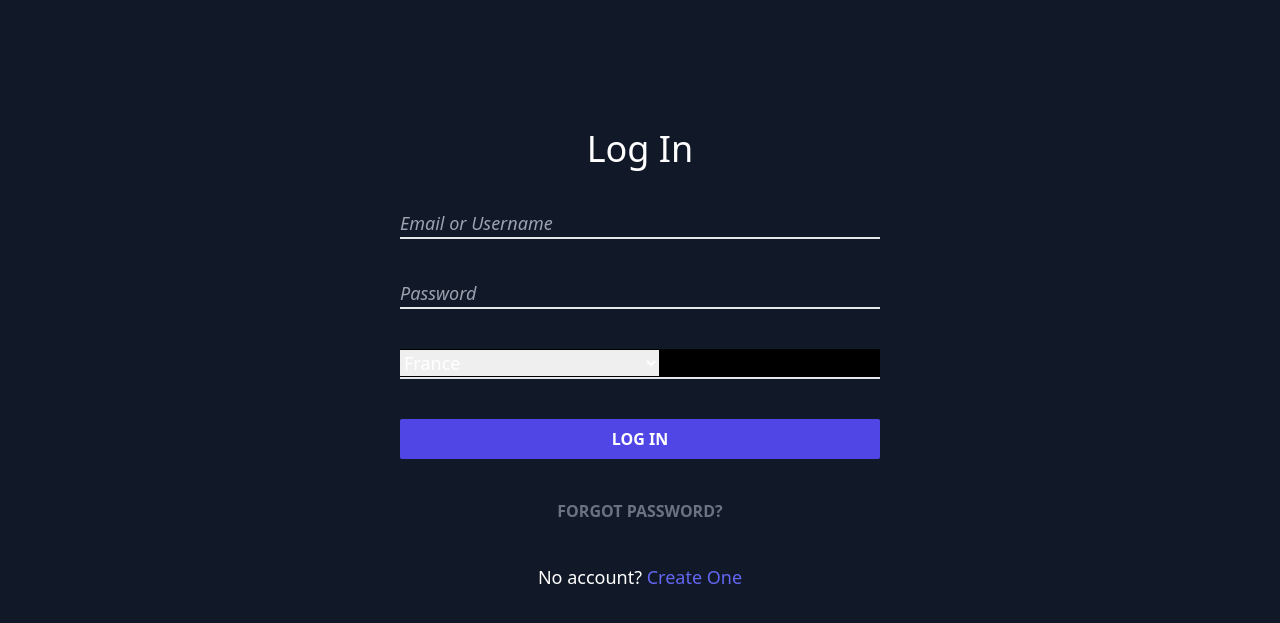
Repository: Marcos-MEDENOU/eclipse-workspace
Page: http://localhost/user_managment/ajout
An editor plug-in stored every save of this project. The page is shown before and after the next save, followed by the edit.
The browser window is 1280 px wide. The pictures show the whole page.
Some web libraries are served in a nearby version. The page is served by Tomcat 9. Other server files are loaded and not shown.

Above is the page before, as saved 2023-03-22 16:07:53.

### user_managment/src/main/webapp/WEB-INF/insertUser.jsp
<%@ page language="java" contentType="text/html; charset=ISO-8859-1"
    pageEncoding="ISO-8859-1"%>
<!DOCTYPE html>
<html>
<head>
<meta charset="ISO-8859-1">
<title>Insert title here</title>
</head>
<body>
<!-- page -->
<main
  class="mx-auto flex min-h-screen w-full items-center justify-center bg-gray-900 text-white"
>
  <!-- component -->
  <section class="flex w-[30rem] flex-col space-y-10">
    <div class="text-center text-4xl font-medium">Log In</div>

    <div
      class="w-full transform border-b-2 bg-transparent text-lg duration-300 focus-within:border-indigo-500"
    >
      <input
        type="text"
        placeholder="Email or Username"
        class="w-full border-none bg-transparent outline-none placeholder:italic focus:outline-none"
      />
    </div>

    <div
      class="w-full transform border-b-2 bg-transparent text-lg duration-300 focus-within:border-indigo-500"
    >
      <input
        type="password"
        placeholder="Password"
        class="w-full border-none bg-transparent outline-none placeholder:italic focus:outline-none"
      />
    </div>

 <div
      class="w-full transform border-b-2 bg-black text-lg duration-300 focus-within:border-indigo-500"
    >
      <select name="pays">
<option value="France" selected="selected" >France </option>

<option value="Afghanistan">Afghanistan </option>
<option value="Afrique_Centrale">Afrique_Centrale </option>
<option value="Afrique_du_sud">Afrique_du_Sud </option>
<option value="Albanie">Albanie </option>
<option value="Algerie">Algerie </option>
<option value="Allemagne">Allemagne </option>
<option value="Andorre">Andorre </option>
<option value="Angola">Angola </option>
<option value="Anguilla">Anguilla </option>
<option value="Arabie_Saoudite">Arabie_Saoudite </option>
<option value="Argentine">Argentine </option>
<option value="Armenie">Armenie </option>
<option value="Australie">Australie </option>
<option value="Autriche">Autriche </option>
<option value="Azerbaidjan">Azerbaidjan </option>

<option value="Bahamas">Bahamas </option>
<option value="Bangladesh">Bangladesh </option>
<option value="Barbade">Barbade </option>
<option value="Bahrein">Bahrein </option>
<option value="Belgique">Belgique </option>
<option value="Belize">Belize </option>
<option value="Benin">Benin </option>
<option value="Bermudes">Bermudes </option>
<option value="Bielorussie">Bielorussie </option>
<option value="Bolivie">Bolivie </option>
<option value="Botswana">Botswana </option>
<option value="Bhoutan">Bhoutan </option>
<option value="Boznie_Herzegovine">Boznie_Herzegovine </option>
<option value="Bresil">Bresil </option>
<option value="Brunei">Brunei </option>
<option value="Bulgarie">Bulgarie </option>
<option value="Burkina_Faso">Burkina_Faso </option>
<option value="Burundi">Burundi </option>

<option value="Caiman">Caiman </option>
<option value="Cambodge">Cambodge </option>
<option value="Cameroun">Cameroun </option>
<option value="Canada">Canada </option>
<option value="Canaries">Canaries </option>
<option value="Cap_vert">Cap_Vert </option>
<option value="Chili">Chili </option>
<option value="Chine">Chine </option>
<option value="Chypre">Chypre </option>
<option value="Colombie">Colombie </option>
<option value="Comores">Colombie </option>
<option value="Congo">Congo </option>
<option value="Congo_democratique">Congo_democratique </option>
<option value="Cook">Cook </option>
<option value="Coree_du_Nord">Coree_du_Nord </option>
<option value="Coree_du_Sud">Coree_du_Sud </option>
<option value="Costa_Rica">Costa_Rica </option>
<option value="Cote_d_Ivoire">Côte_d_Ivoire </option>
<option value="Croatie">Croatie </option>
<option value="Cuba">Cuba </option>

<option value="Danemark">Danemark </option>
<option value="Djibouti">Djibouti </option>
<option value="Dominique">Dominique </option>

<option value="Egypte">Egypte </option>
<option value="Emirats_Arabes_Unis">Emirats_Arabes_Unis </option>
<option value="Equateur">Equateur </option>
<option value="Erythree">Erythree </option>
<option value="Espagne">Espagne </option>
<option value="Estonie">Estonie </option>
<option value="Etats_Unis">Etats_Unis </option>
<option value="Ethiopie">Ethiopie </option>

<option value="Falkland">Falkland </option>
<option value="Feroe">Feroe </option>
<option value="Fidji">Fidji </option>
<option value="Finlande">Finlande </option>
<option value="France">France </option>

<option value="Gabon">Gabon </option>
<option value="Gambie">Gambie </option>
<option value="Georgie">Georgie </option>
<option value="Ghana">Ghana </option>
<option value="Gibraltar">Gibraltar </option>
<option value="Grece">Grece </option>
<option value="Grenade">Grenade </option>
<option value="Groenland">Groenland </option>
<option value="Guadeloupe">Guadeloupe </option>
<option value="Guam">Guam </option>
<option value="Guatemala">Guatemala</option>
<option value="Guernesey">Guernesey </option>
<option value="Guinee">Guinee </option>
<option value="Guinee_Bissau">Guinee_Bissau </option>
<option value="Guinee equatoriale">Guinee_Equatoriale </option>
<option value="Guyana">Guyana </option>
<option value="Guyane_Francaise ">Guyane_Francaise </option>

<option value="Haiti">Haiti </option>
<option value="Hawaii">Hawaii </option>
<option value="Honduras">Honduras </option>
<option value="Hong_Kong">Hong_Kong </option>
<option value="Hongrie">Hongrie </option>

<option value="Inde">Inde </option>
<option value="Indonesie">Indonesie </option>
<option value="Iran">Iran </option>
<option value="Iraq">Iraq </option>
<option value="Irlande">Irlande </option>
<option value="Islande">Islande </option>
<option value="Israel">Israel </option>
<option value="Italie">italie </option>

<option value="Jamaique">Jamaique </option>
<option value="Jan Mayen">Jan Mayen </option>
<option value="Japon">Japon </option>
<option value="Jersey">Jersey </option>
<option value="Jordanie">Jordanie </option>

<option value="Kazakhstan">Kazakhstan </option>
<option value="Kenya">Kenya </option>
<option value="Kirghizstan">Kirghizistan </option>
<option value="Kiribati">Kiribati </option>
<option value="Koweit">Koweit </option>

<option value="Laos">Laos </option>
<option value="Lesotho">Lesotho </option>
<option value="Lettonie">Lettonie </option>
<option value="Liban">Liban </option>
<option value="Liberia">Liberia </option>
<option value="Liechtenstein">Liechtenstein </option>
<option value="Lituanie">Lituanie </option>
<option value="Luxembourg">Luxembourg </option>
<option value="Lybie">Lybie </option>

<option value="Macao">Macao </option>
<option value="Macedoine">Macedoine </option>
<option value="Madagascar">Madagascar </option>
<option value="Madère">Madère </option>
<option value="Malaisie">Malaisie </option>
<option value="Malawi">Malawi </option>
<option value="Maldives">Maldives </option>
<option value="Mali">Mali </option>
<option value="Malte">Malte </option>
<option value="Man">Man </option>
<option value="Mariannes du Nord">Mariannes du Nord </option>
<option value="Maroc">Maroc </option>
<option value="Marshall">Marshall </option>
<option value="Martinique">Martinique </option>
<option value="Maurice">Maurice </option>
<option value="Mauritanie">Mauritanie </option>
<option value="Mayotte">Mayotte </option>
<option value="Mexique">Mexique </option>
<option value="Micronesie">Micronesie </option>
<option value="Midway">Midway </option>
<option value="Moldavie">Moldavie </option>
<option value="Monaco">Monaco </option>
<option value="Mongolie">Mongolie </option>
<option value="Montserrat">Montserrat </option>
<option value="Mozambique">Mozambique </option>

<option value="Namibie">Namibie </option>
<option value="Nauru">Nauru </option>
<option value="Nepal">Nepal </option>
<option value="Nicaragua">Nicaragua </option>
<option value="Niger">Niger </option>
<option value="Nigeria">Nigeria </option>
<option value="Niue">Niue </option>
<option value="Norfolk">Norfolk </option>
<option value="Norvege">Norvege </option>
<option value="Nouvelle_Caledonie">Nouvelle_Caledonie </option>
<option value="Nouvelle_Zelande">Nouvelle_Zelande </option>

<option value="Oman">Oman </option>
<option value="Ouganda">Ouganda </option>
<option value="Ouzbekistan">Ouzbekistan </option>

<option value="Pakistan">Pakistan </option>
<option value="Palau">Palau </option>
<option value="Palestine">Palestine </option>
<option value="Panama">Panama </option>
<option value="Papouasie_Nouvelle_Guinee">Papouasie_Nouvelle_Guinee </option>
<option value="Paraguay">Paraguay </option>
<option value="Pays_Bas">Pays_Bas </option>
<option value="Perou">Perou </option>
<option value="Philippines">Philippines </option>
<option value="Pologne">Pologne </option>
<option value="Polynesie">Polynesie </option>
<option value="Porto_Rico">Porto_Rico </option>
<option value="Portugal">Portugal </option>

<option value="Qatar">Qatar </option>

<option value="Republique_Dominicaine">Republique_Dominicaine </option>
<option value="Republique_Tcheque">Republique_Tcheque </option>
<option value="Reunion">Reunion </option>
<option value="Roumanie">Roumanie </option>
<option value="Royaume_Uni">Royaume_Uni </option>
<option value="Russie">Russie </option>
<option value="Rwanda">Rwanda </option>

<option value="Sahara Occidental">Sahara Occidental </option>
<option value="Sainte_Lucie">Sainte_Lucie </option>
<option value="Saint_Marin">Saint_Marin </option>
<option value="Salomon">Salomon </option>
<option value="Salvador">Salvador </option>
<option value="Samoa_Occidentales">Samoa_Occidentales</option>
<option value="Samoa_Americaine">Samoa_Americaine </option>
<option value="Sao_Tome_et_Principe">Sao_Tome_et_Principe </option>
<option value="Senegal">Senegal </option>
<option value="Seychelles">Seychelles </option>
<option value="Sierra Leone">Sierra Leone </option>
<option value="Singapour">Singapour </option>
<option value="Slovaquie">Slovaquie </option>
<option value="Slovenie">Slovenie</option>
<option value="Somalie">Somalie </option>
<option value="Soudan">Soudan </option>
<option value="Sri_Lanka">Sri_Lanka </option>
<option value="Suede">Suede </option>
<option value="Suisse">Suisse </option>
<option value="Surinam">Surinam </option>
<option value="Swaziland">Swaziland </option>
<option value="Syrie">Syrie </option>

<option value="Tadjikistan">Tadjikistan </option>
<option value="Taiwan">Taiwan </option>
<option value="Tonga">Tonga </option>
<option value="Tanzanie">Tanzanie </option>
<option value="Tchad">Tchad </option>
<option value="Thailande">Thailande </option>
<option value="Tibet">Tibet </option>
<option value="Timor_Oriental">Timor_Oriental </option>
<option value="Togo">Togo </option>
<option value="Trinite_et_Tobago">Trinite_et_Tobago </option>
<option value="Tristan da cunha">Tristan de cuncha </option>
<option value="Tunisie">Tunisie </option>
<option value="Turkmenistan">Turmenistan </option>
<option value="Turquie">Turquie </option>

<option value="Ukraine">Ukraine </option>
<option value="Uruguay">Uruguay </option>

<option value="Vanuatu">Vanuatu </option>
<option value="Vatican">Vatican </option>
<option value="Venezuela">Venezuela </option>
<option value="Vierges_Americaines">Vierges_Americaines </option>
<option value="Vierges_Britanniques">Vierges_Britanniques </option>
<option value="Vietnam">Vietnam </option>

<option value="Wake">Wake </option>
<option value="Wallis et Futuma">Wallis et Futuma </option>

<option value="Yemen">Yemen </option>
<option value="Yougoslavie">Yougoslavie </option>

<option value="Zambie">Zambie </option>
<option value="Zimbabwe">Zimbabwe </option>

</select>
    </div>
    <button
      class="transform rounded-sm bg-indigo-600 py-2 font-bold duration-300 hover:bg-indigo-400"
    >
      LOG IN
    </button>

    <a
      href="#"
      class="transform text-center font-semibold text-gray-500 duration-300 hover:text-gray-300"
      >FORGOT PASSWORD?</a
    >

    <p class="text-center text-lg">
      No account?
      <a
        href="#"
        class="font-medium text-indigo-500 underline-offset-4 hover:underline"
        >Create One</a
      >
    </p>
  </section>
  <script src="https://cdn.tailwindcss.com"></script>
</main>
</body>
</html>

### user_managment/src/main/java/bj/highfive/usermanagment/web/AddServlet.java
package bj.highfive.usermanagment.web;

import java.io.IOException;
import javax.servlet.ServletException;
import javax.servlet.http.HttpServlet;
import javax.servlet.http.HttpServletRequest;
import javax.servlet.http.HttpServletResponse;

/**
 * Servlet implementation class AddServlet
 */
public class AddServlet extends HttpServlet {
	private static final long serialVersionUID = 1L;

    /**
     * @see HttpServlet#HttpServlet()
     */
    public AddServlet() {
        super();
        // TODO Auto-generated constructor stub
    }

	/**
	 * @see HttpServlet#doGet(HttpServletRequest request, HttpServletResponse response)
	 */
	protected void doGet(HttpServletRequest request, HttpServletResponse response) throws ServletException, IOException {
		// TODO Auto-generated method stub
		request.getServletContext().getRequestDispatcher("/WEB-INF/insertUser.jsp").forward(request, response);
	}

	/**
	 * @see HttpServlet#doPost(HttpServletRequest request, HttpServletResponse response)
	 */
	protected void doPost(HttpServletRequest request, HttpServletResponse response) throws ServletException, IOException {
		// TODO Auto-generated method stub
		doGet(request, response);
	}

}

After the next save:
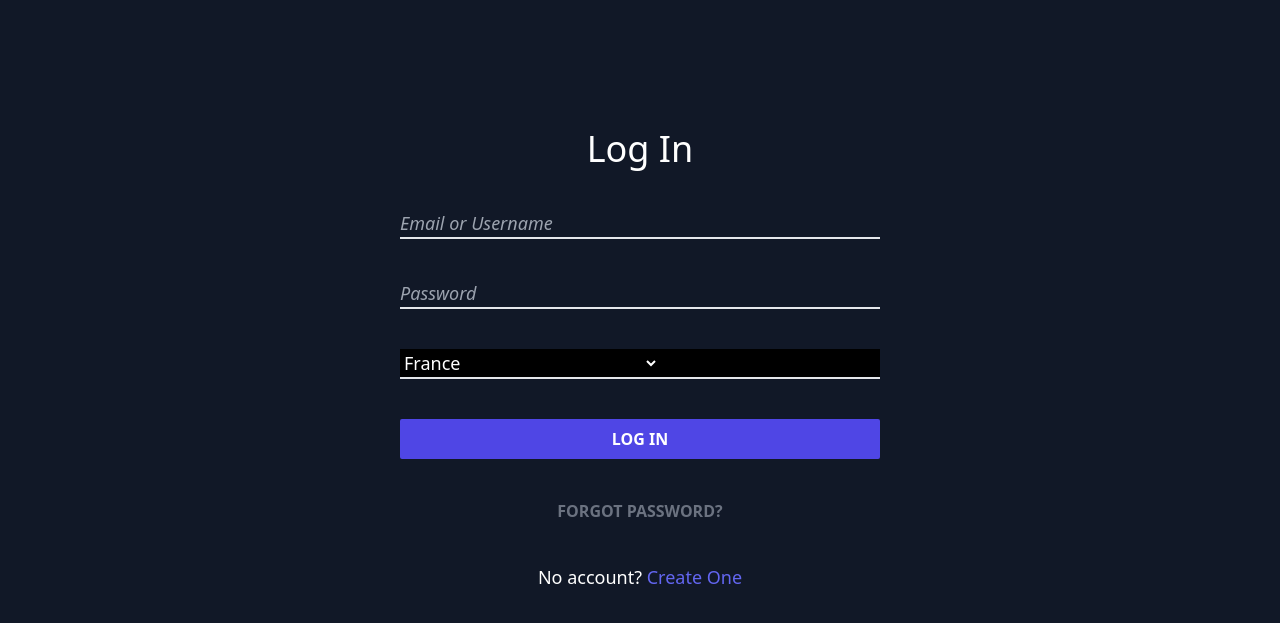
Saved 5 s later.
--- a/user_managment/src/main/webapp/WEB-INF/insertUser.jsp
+++ b/user_managment/src/main/webapp/WEB-INF/insertUser.jsp
@@ -38,7 +38,7 @@
  <div
       class="w-full transform border-b-2 bg-black text-lg duration-300 focus-within:border-indigo-500"
     >
-      <select name="pays">
+      <select name="pays" class="bg-black">
 <option value="France" selected="selected" >France </option>
 
 <option value="Afghanistan">Afghanistan </option>
